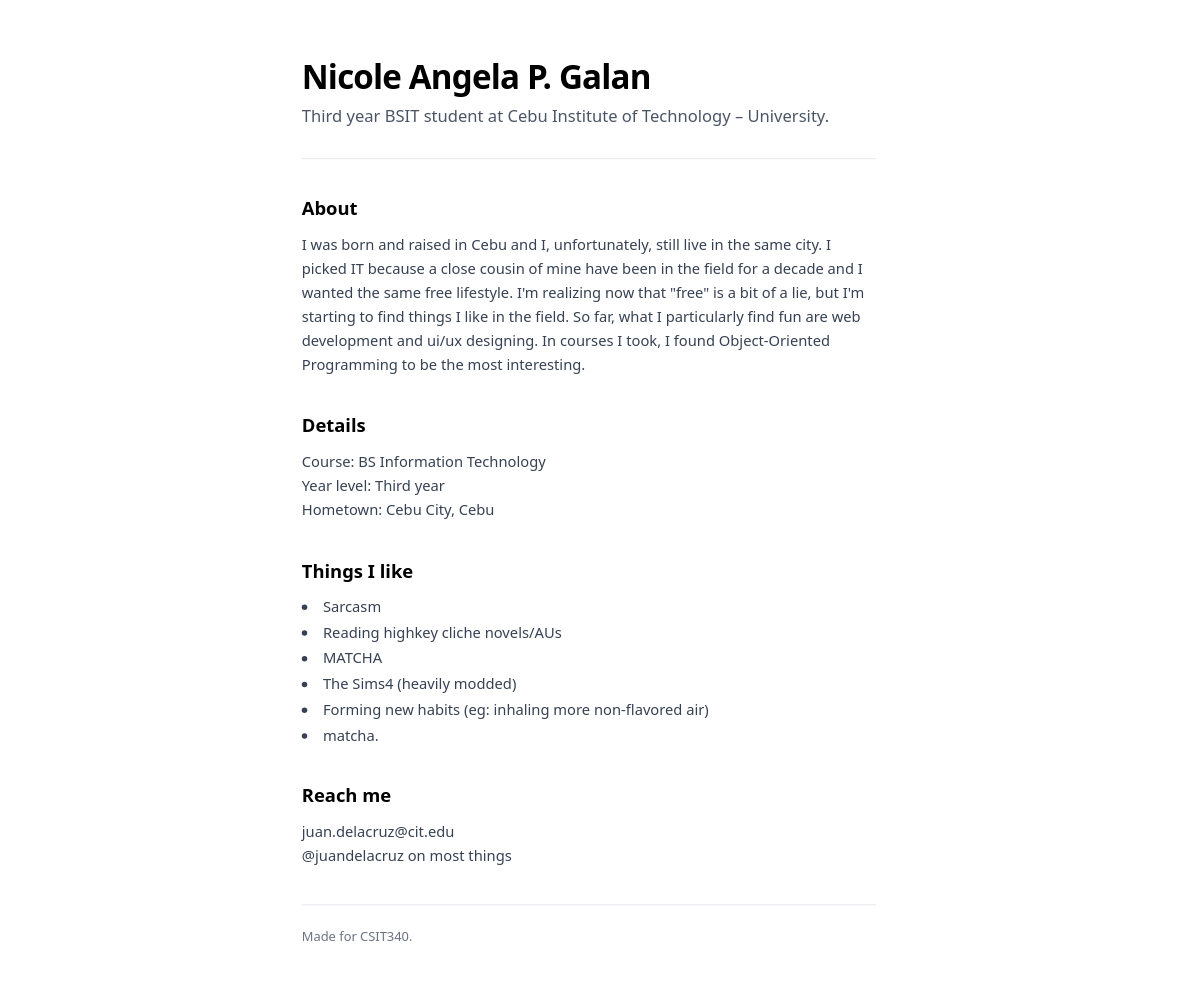
Repository: nicole-galan/CSIT340-Lab1-Galan
Page: /
The author's editor kept a copy of each file at every save. The page is drawn from the files as they stood at one save, then again after the next save.
The browser window is 1280 px wide. The pictures show the whole page, at 92% of full size.
The project was rebuilt for these pictures with package versions that can differ from the ones it lists, and the page was loaded fresh each time. Also part of the build but not shown: vite.config.js.

Above is the page before, as saved 2026-09-04 16:54:56.

After the next save:
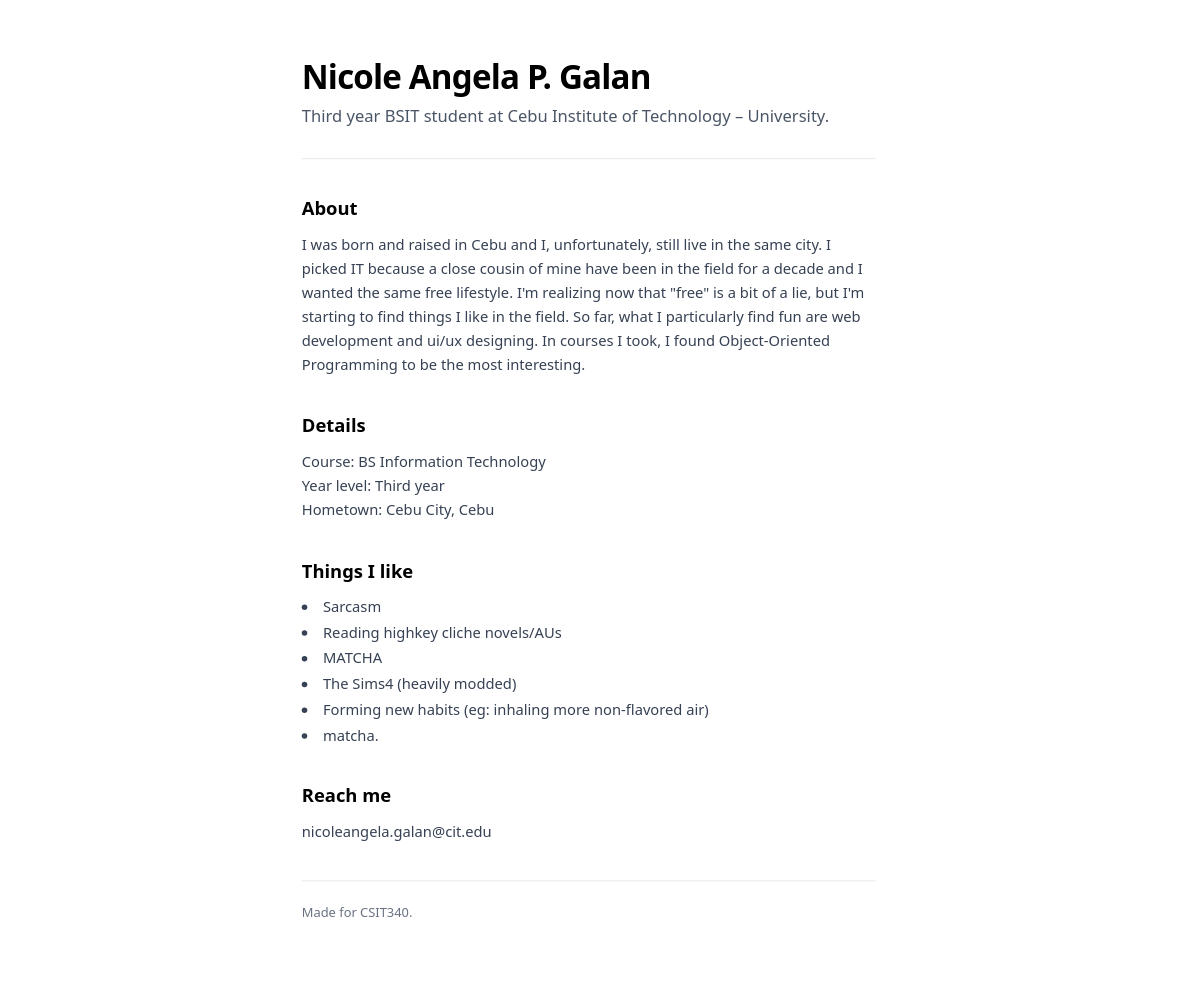
Saved 65 s later.
--- a/src/App.jsx
+++ b/src/App.jsx
@@ -48,9 +48,7 @@ function App() {
         <section>
           <h2 className="text-xl font-semibold mb-3">Reach me</h2>
           <p className="leading-relaxed text-gray-700">
-            juan.delacruz@cit.edu
-            <br />
-            @juandelacruz on most things
+            nicoleangela.galan@cit.edu
           </p>
         </section>
       </main>
